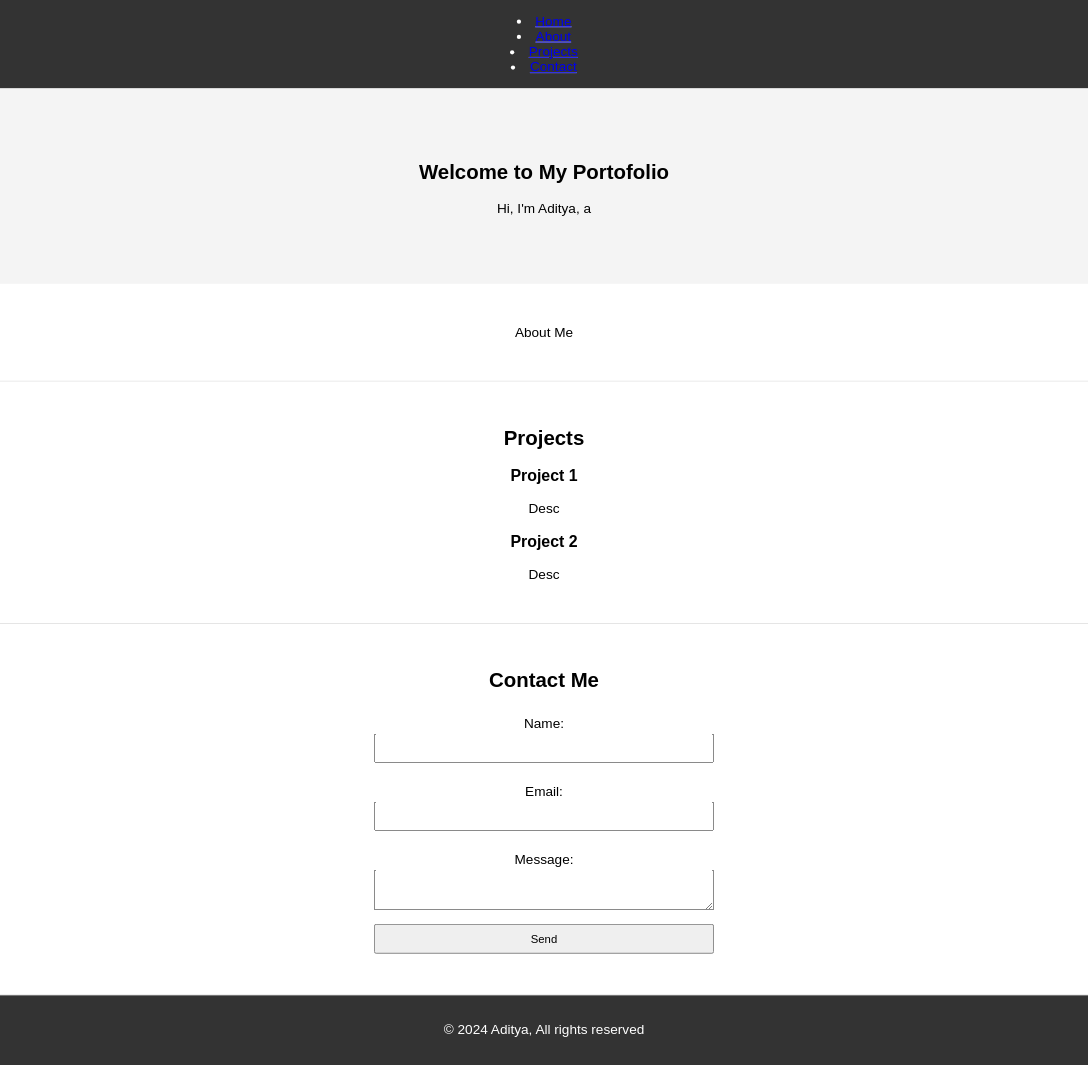
Repository: 4Kbrain/Portofolio
Page: index.html
An editor plug-in stored every save of this project. The page is shown before and after the next save, followed by the edit.
The browser window is 1280 px wide. The pictures show the whole page, at 85% of full size.

Above is the page before, as saved 2024-05-15 07:34:08.

### index.html
<!DOCTYPE html>
<html lang="en">
<head>
    <meta charset="UTF-8">
    <meta name="viewport" content="width=device-width, initial-scale=1.0">
    <title>My Portofolio</title>
    <link rel="stylesheet" href="styles.css">
</head>
<body>
    <header>
        <nav>
            <u>
                <li><a href="#home">Home</a></li>
                <li><a href="#about">About</a></li>
                <li><a href="#projects">Projects</a></li>
                <li><a href="#contact">Contact</a></li>
            </u>
        </nav>
    </header>

<section id="home">
    <h1>Welcome to My Portofolio</h1>
    <p>Hi, I'm Aditya, a </p>
</section>

<section id="about">
    <p>About Me</p>
    <p></p>
</section>

<section id="projects">
    <h2>Projects</h2>
    <div class="project">
        <h3>Project 1</h3>
        <p>Desc</p>
    </div>
    <div class="project">
        <h3>Project 2</h3>
        <p>Desc</p>
    </div>
</section>

<section id="contact">
    <h2>Contact Me</h2>
    <form action="" id="contact-form">
        <label for="name">Name:</label>
            <input type="text" id="name" name="name" required>

            <label for="email">Email:</label>
            <input type="email" id="email" name="email" required>

            <label for="message">Message:</label>
            <textarea id="message" name="message" required></textarea>

            <button type="submit">Send</button>
    </form>
</section>

<footer>
    <p>&copy; 2024 Aditya, All rights reserved</p>
</footer>

<script src="scripts.js"></script>
</body>
</html>

### styles.css
body {
    font-family: Arial, sans-serif;
    margin: 0;
    padding: 0;
    box-sizing: border-box;
}

header {
    background-color: #333;
    color: white;
    padding: 1rem 0;
    text-align: center;
}

nav ul {
    list-style: none;
    padding: 0;
}

nav ul li {
    display: inline;
    margin: 0 1rem;
}

nav ul li a {
    color: white;
    text-decoration: none;
}

section {
    padding: 2rem;
    text-align: center;
}

#home {
    background: #f4f4f4;
    padding: 4rem 2rem;
}

#about, #projects, #contact {
    background: #fff;
    border-bottom: 1px solid #ddd;
}

.project {
    margin: 1rem 0;
}

form {
    display: flex;
    flex-direction: column;
    max-width: 400px;
    margin: 0 auto;
}

form label {
    margin: 0.5rem 0 0.2rem;
}

form input, form textarea, form button {
    padding: 0.5rem;
    margin-bottom: 1rem;
}

footer {
    background-color: #333;
    color: white;
    text-align: center;
    padding: 1rem 0;
}

### scripts.js
document.getElementById('contact-form').addEventListener('submit', function(event) {
    event.preventDefault();
    alert('Thank you for your message!');
});

After the next save:
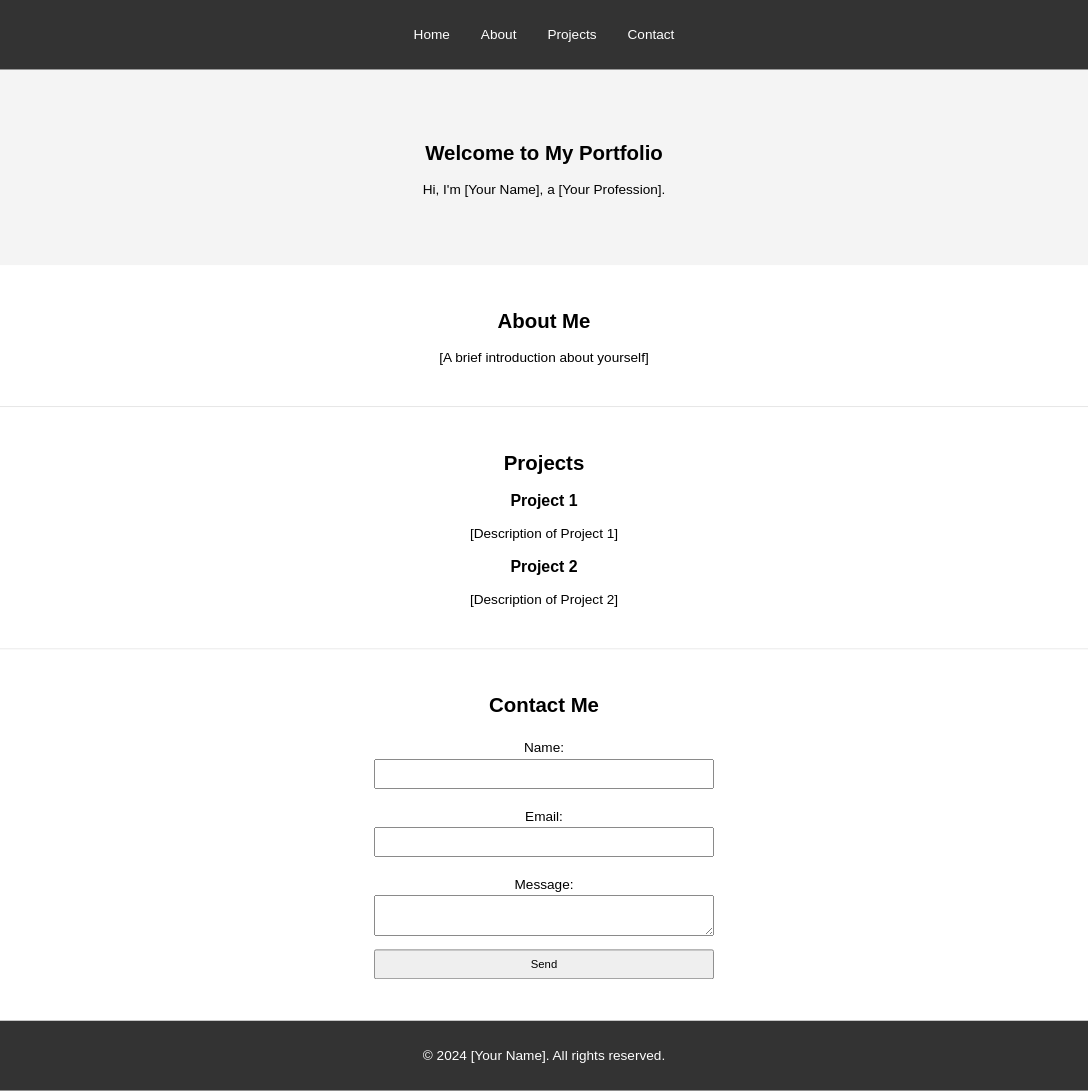
Saved 17 s later.
--- a/index.html
+++ b/index.html
@@ -3,47 +3,48 @@
 <head>
     <meta charset="UTF-8">
     <meta name="viewport" content="width=device-width, initial-scale=1.0">
-    <title>My Portofolio</title>
+    <title>My Portfolio</title>
     <link rel="stylesheet" href="styles.css">
 </head>
 <body>
     <header>
         <nav>
-            <u>
+            <ul>
                 <li><a href="#home">Home</a></li>
                 <li><a href="#about">About</a></li>
                 <li><a href="#projects">Projects</a></li>
                 <li><a href="#contact">Contact</a></li>
-            </u>
+            </ul>
         </nav>
     </header>
 
-<section id="home">
-    <h1>Welcome to My Portofolio</h1>
-    <p>Hi, I'm Aditya, a </p>
-</section>
+    <section id="home">
+        <h1>Welcome to My Portfolio</h1>
+        <p>Hi, I'm [Your Name], a [Your Profession].</p>
+    </section>
 
-<section id="about">
-    <p>About Me</p>
-    <p></p>
-</section>
+    <section id="about">
+        <h2>About Me</h2>
+        <p>[A brief introduction about yourself]</p>
+    </section>
 
-<section id="projects">
-    <h2>Projects</h2>
-    <div class="project">
-        <h3>Project 1</h3>
-        <p>Desc</p>
-    </div>
-    <div class="project">
-        <h3>Project 2</h3>
-        <p>Desc</p>
-    </div>
-</section>
+    <section id="projects">
+        <h2>Projects</h2>
+        <div class="project">
+            <h3>Project 1</h3>
+            <p>[Description of Project 1]</p>
+        </div>
+        <div class="project">
+            <h3>Project 2</h3>
+            <p>[Description of Project 2]</p>
+        </div>
+        <!-- Add more projects as needed -->
+    </section>
 
-<section id="contact">
-    <h2>Contact Me</h2>
-    <form action="" id="contact-form">
-        <label for="name">Name:</label>
+    <section id="contact">
+        <h2>Contact Me</h2>
+        <form id="contact-form">
+            <label for="name">Name:</label>
             <input type="text" id="name" name="name" required>
 
             <label for="email">Email:</label>
@@ -53,13 +54,13 @@
             <textarea id="message" name="message" required></textarea>
 
             <button type="submit">Send</button>
-    </form>
-</section>
+        </form>
+    </section>
 
-<footer>
-    <p>&copy; 2024 Aditya, All rights reserved</p>
-</footer>
+    <footer>
+        <p>&copy; 2024 [Your Name]. All rights reserved.</p>
+    </footer>
 
-<script src="scripts.js"></script>
+    <script src="scripts.js"></script>
 </body>
 </html>
